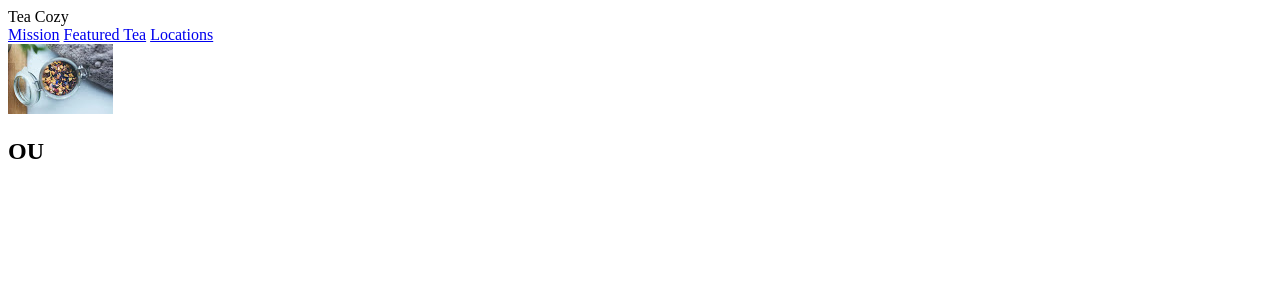
Repository: NiutaR/teaCozy
Page: index.html
These files come from the project's save history. The page is drawn as it stood at one moment and after a run of saves; the edit follows.
The browser window is 1280 px wide. The pictures show the whole page.

Above is the page before, as saved 2021-08-06 17:04:05.

After the next 2 saves:
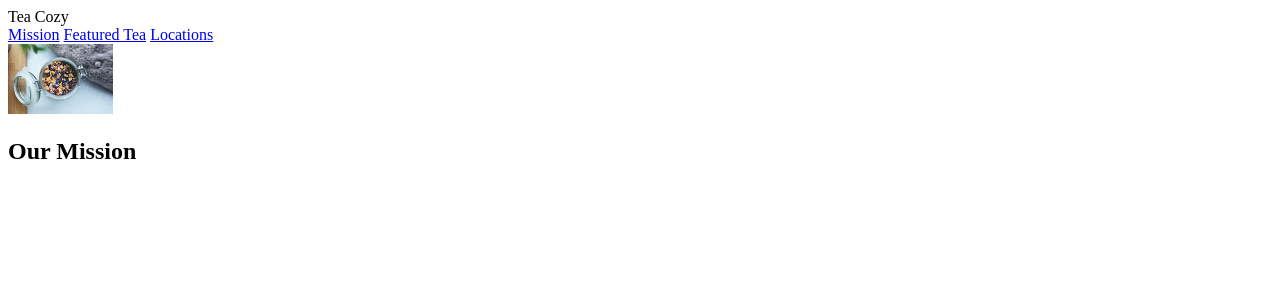
The 2 saves are shown as one change because they came seconds apart.
The last was saved 7 s later.
--- a/index.html
+++ b/index.html
@@ -20,7 +20,7 @@
         </header>
 
         <img src="src/img/img-mission-background.jpg" alt="tea">
-        <h2>OU</h2>
+        <h2>Our Mission</h2>
     <div class="wrapper">
     </div>
 
